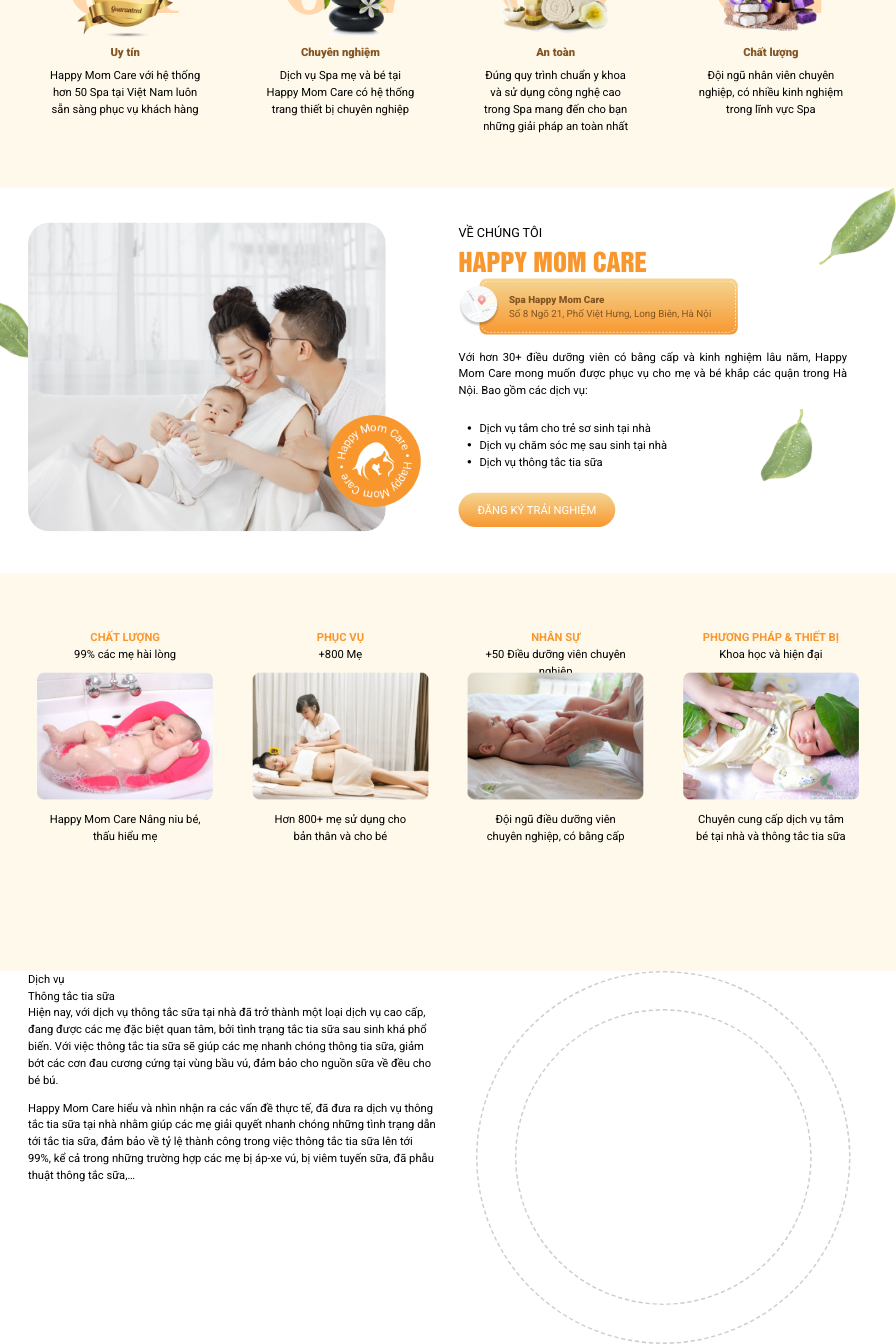
Repository: haianh12082001/happymom
Page: index.html
The author's editor kept a copy of each file at every save. The page is drawn from the files as they stood at one save, then again after the next save.
The browser window is 1280 px wide. The pictures show the part of the page from y = 850 to 2770 px (the page is 2770 px tall), at 70% of full size.
Some web libraries are served in a nearby version. The style sheet was rebuilt from its Sass, Less or Tailwind sources for each picture, by a compiler version that may differ from the author's.

Above is the page before, as saved 2021-11-16 09:21:46.

After the next save:
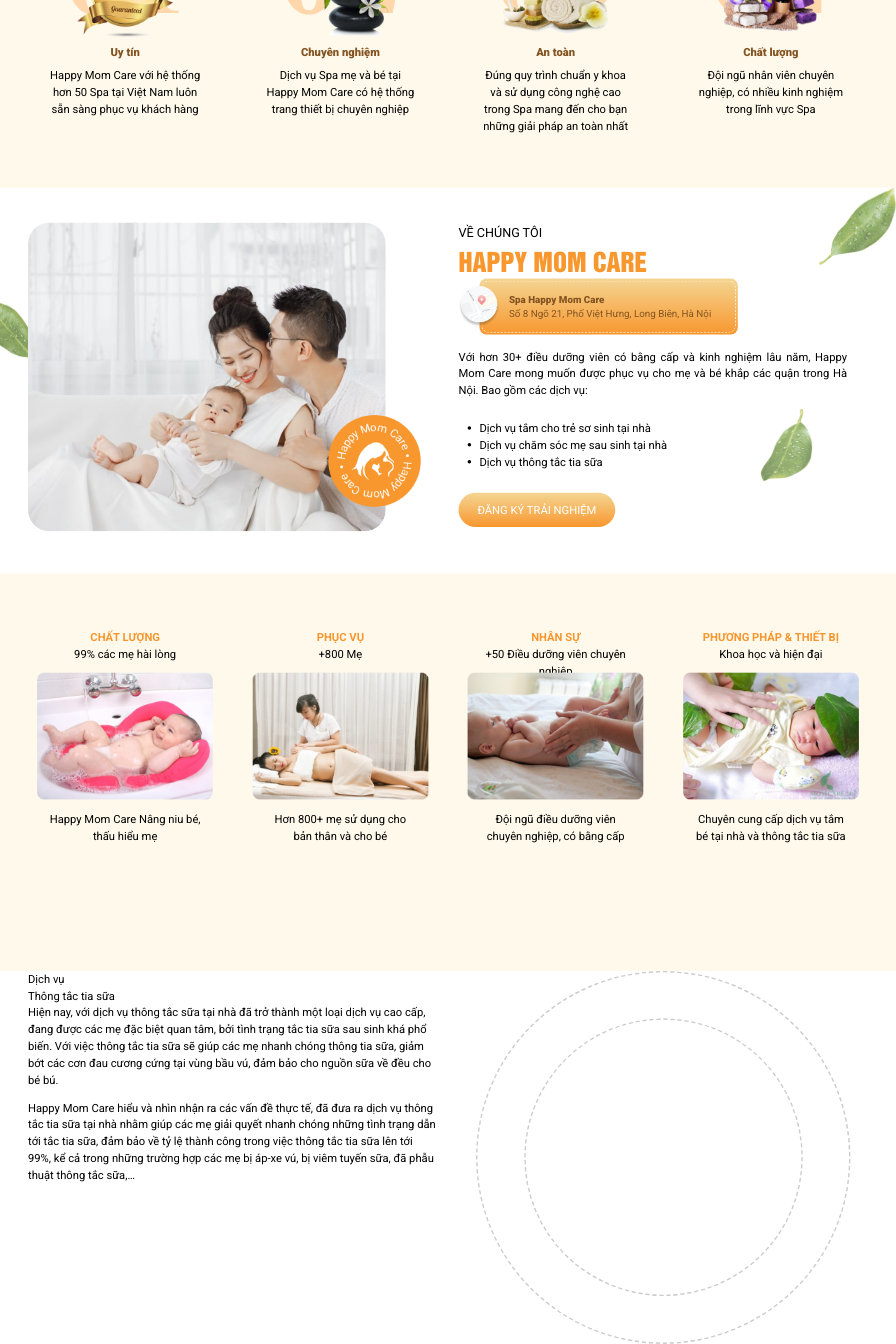
Saved 48 s later.
--- a/assets/sass/_service.scss
+++ b/assets/sass/_service.scss
@@ -13,8 +13,8 @@
             &::before {
                 content: "";
                 position: absolute;
-                width: 80%;
-                height: 80%;
+                width: 75%;
+                height: 75%;
                 border: 2px dashed #cccccc;
                 box-sizing: border-box;
                 border-radius: 50%;
